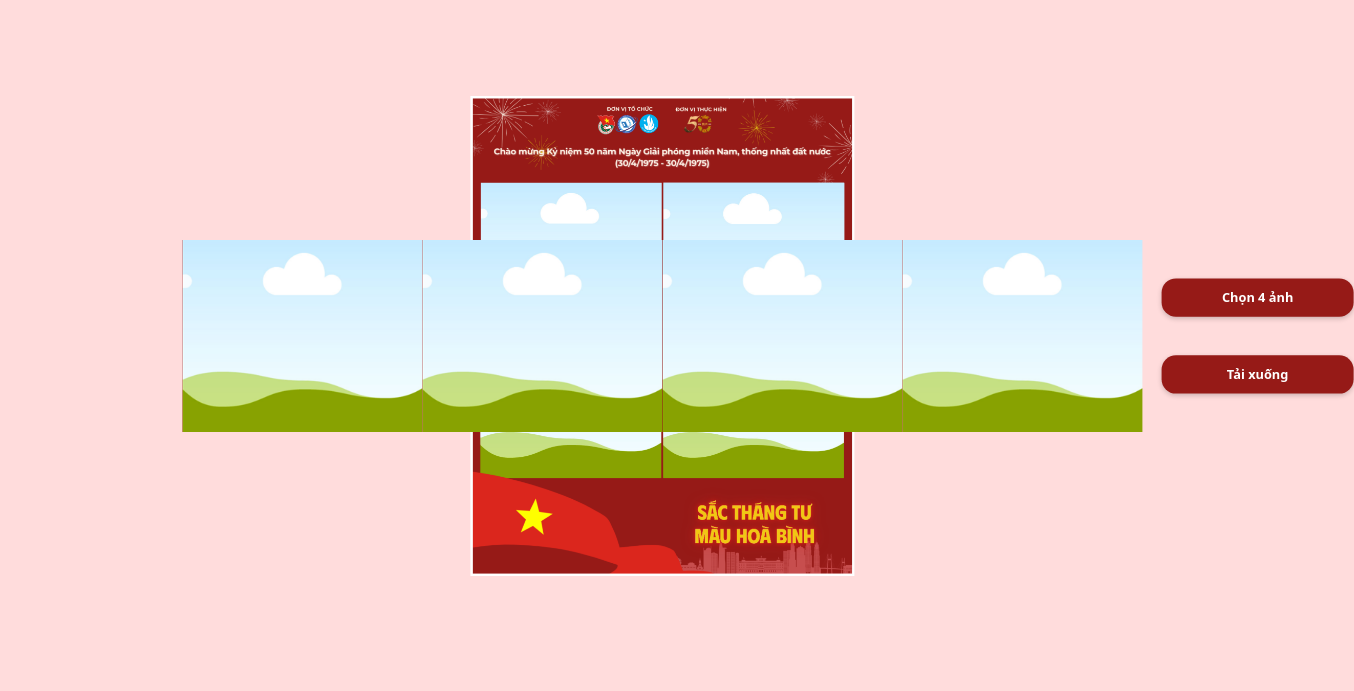
Repository: nguyentambinh/tuoitretdmu
Page: http://localhost/
The author's editor kept a copy of each file at every save. The page is drawn from the files as they stood at one save, then again after a run of saves.
The browser window is 1280 px wide. The page is 1410 px wide, then 1280 px, so the pictures cover 1410 px, including what lies to the right of the window. The pictures show the whole page, at 96% of full size.
The page is run by PHP 8.4 with error messages shown; the project is at /var/www/html/.

Above is the page before, as saved 2025-04-10 13:59:34.
Console error: TypeError: Cannot read properties of null (reading 'addEventListener')

After the next 4 saves:
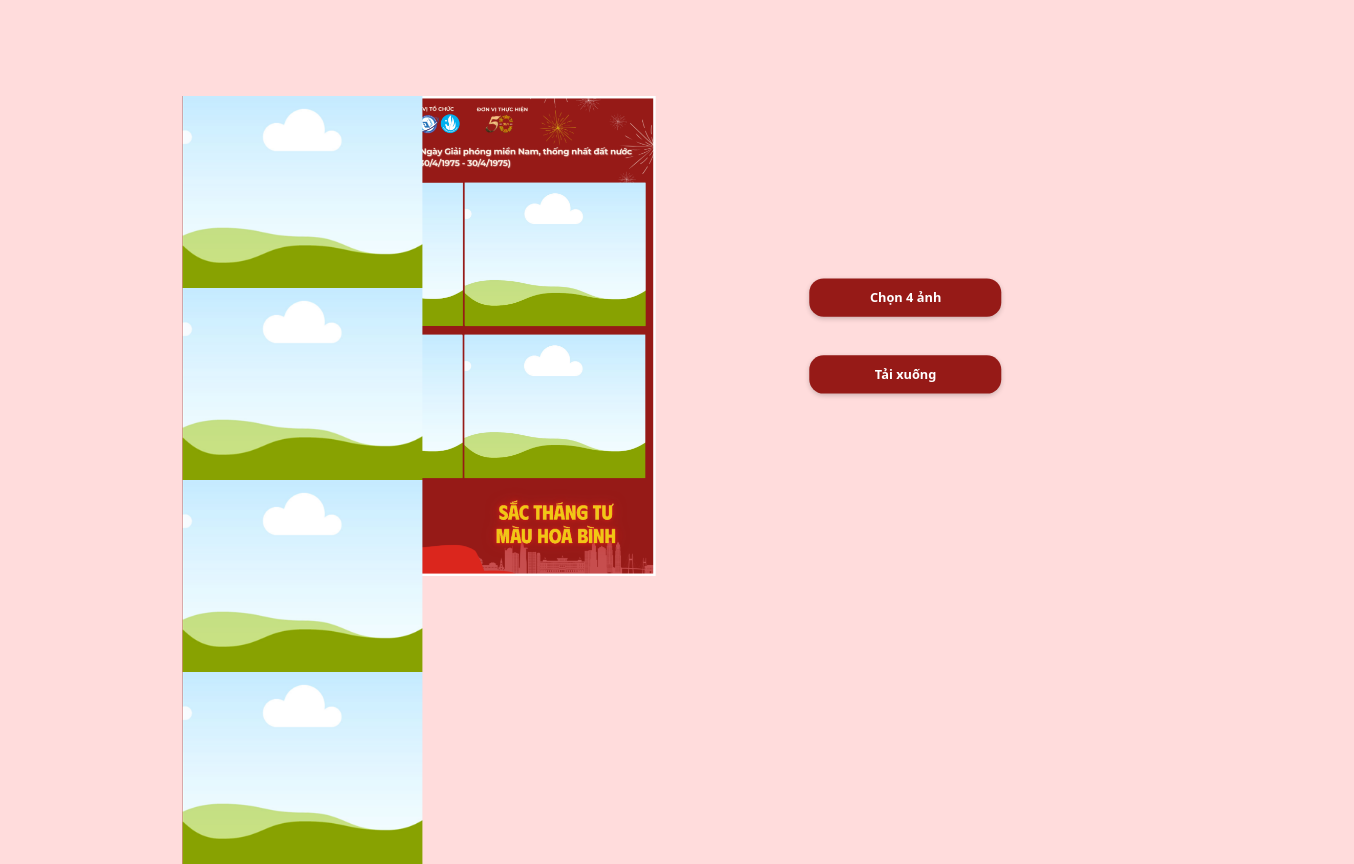
The 4 saves are shown as one change because they came seconds apart.
The last was saved 48 s later.
--- a/main.css
+++ b/main.css
@@ -18,9 +18,8 @@ body {
 
 
 .background-box {
-    display: flex;
-    justify-content: center;
-    align-items: center;
+    display: grid;
+
     background-position: center;
     background-image: url('./picture/FRAMEPHOTOBOOTH304.png');
     background-size: contain;
